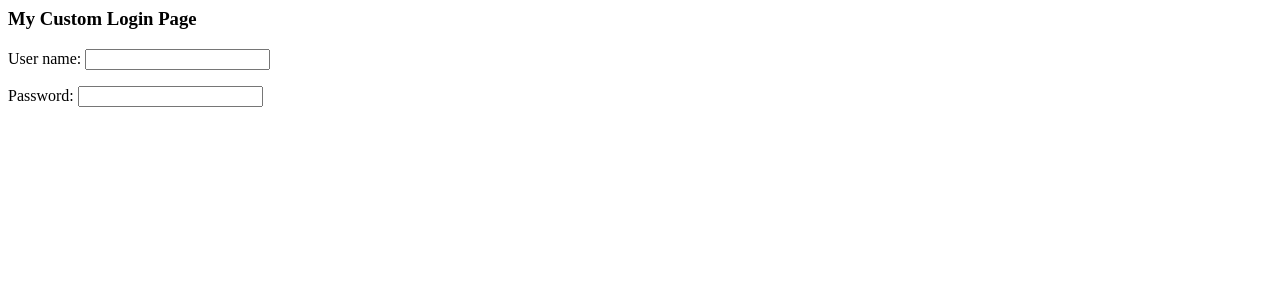
Repository: JT12s/Ecllipse-SpringPrcaticeProject
Page: http://localhost/spring-security-demo-03-custom-login-form/showMyLoinPage
An editor plug-in stored every save of this project. The page is shown before and after the next save, followed by the edit.
The browser window is 1280 px wide. The pictures show the whole page.
The page is served by Tomcat 9. Other server files are loaded and not shown.

Above is the page before, as saved 2022-08-06 21:05:39.

### spring-security-demo-03-custom-login-form/src/main/webapp/WEB-INF/view/plain-login.jsp
<%@ taglib prefix="form" uri="http://www.springframework.org/tags/form" %>

<html>

<head>

	<title>Custom Login Page</title>
</head>

<body>

<h3>My Custom Login Page</h3>

	<form:form action="${pageContext.request.contextPath }/authenticateTheUser"
				method="POST" >
				<p>
					User name: <input type="text" name="username" />
				</p>

				<p>
					Password: <input type="password" name="password" />
				</p>
	</form:form>

</body>

</html>

After the next save:
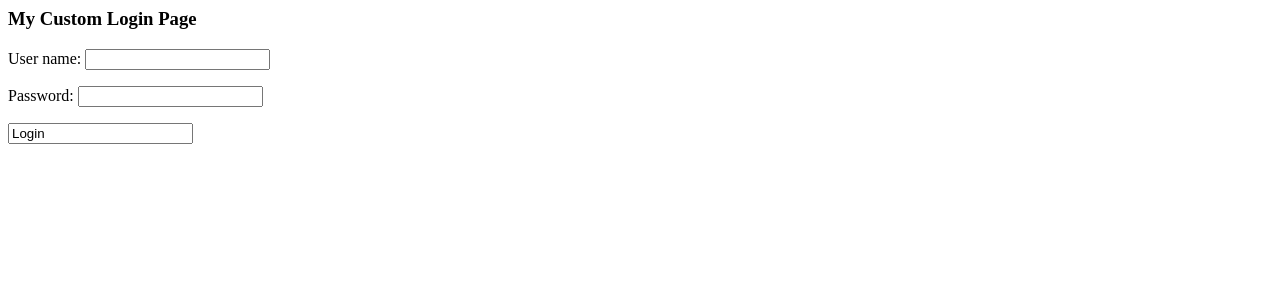
Saved 16 s later.
--- a/spring-security-demo-03-custom-login-form/src/main/webapp/WEB-INF/view/plain-login.jsp
+++ b/spring-security-demo-03-custom-login-form/src/main/webapp/WEB-INF/view/plain-login.jsp
@@ -20,6 +20,8 @@
 				<p>
 					Password: <input type="password" name="password" />
 				</p>
+
+				<input type="submmit" value="Login" />
 	</form:form>
 
 </body>
